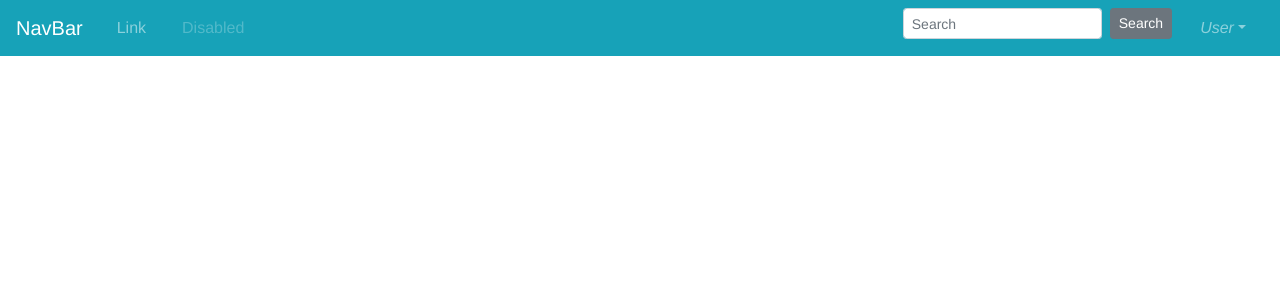
Repository: sqsssq/GatesFinace
Page: /main (app in webview/)
An editor plug-in stored every save of this project. The page is shown before and after the next save, followed by the edit.
The browser window is 1280 px wide. The pictures show the whole page.
The project was rebuilt for these pictures with package versions that can differ from the ones it lists, and the page was loaded fresh each time. Also part of the build but not shown: webview/src/components/HelloWorld.vue, webview/src/views/Home.vue.

Above is the page before, as saved 2020-11-03 08:40:58.

After the next save:
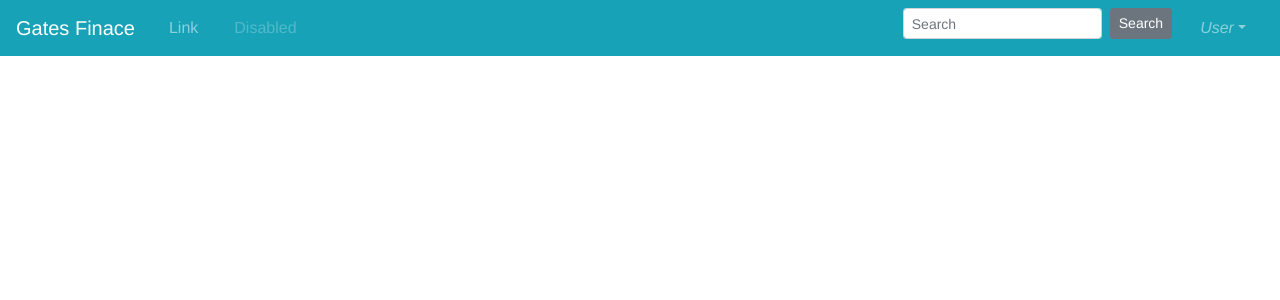
Saved 18 s later.
--- a/webview/src/components/nav.vue
+++ b/webview/src/components/nav.vue
@@ -9,7 +9,7 @@
 <template>
 <div>
   <b-navbar toggleable="lg" type="dark" variant="info">
-    <b-navbar-brand href="#">NavBar</b-navbar-brand>
+    <b-navbar-brand href="#">Gates Finace</b-navbar-brand>
 
     <b-navbar-toggle target="nav-collapse"></b-navbar-toggle>
 
